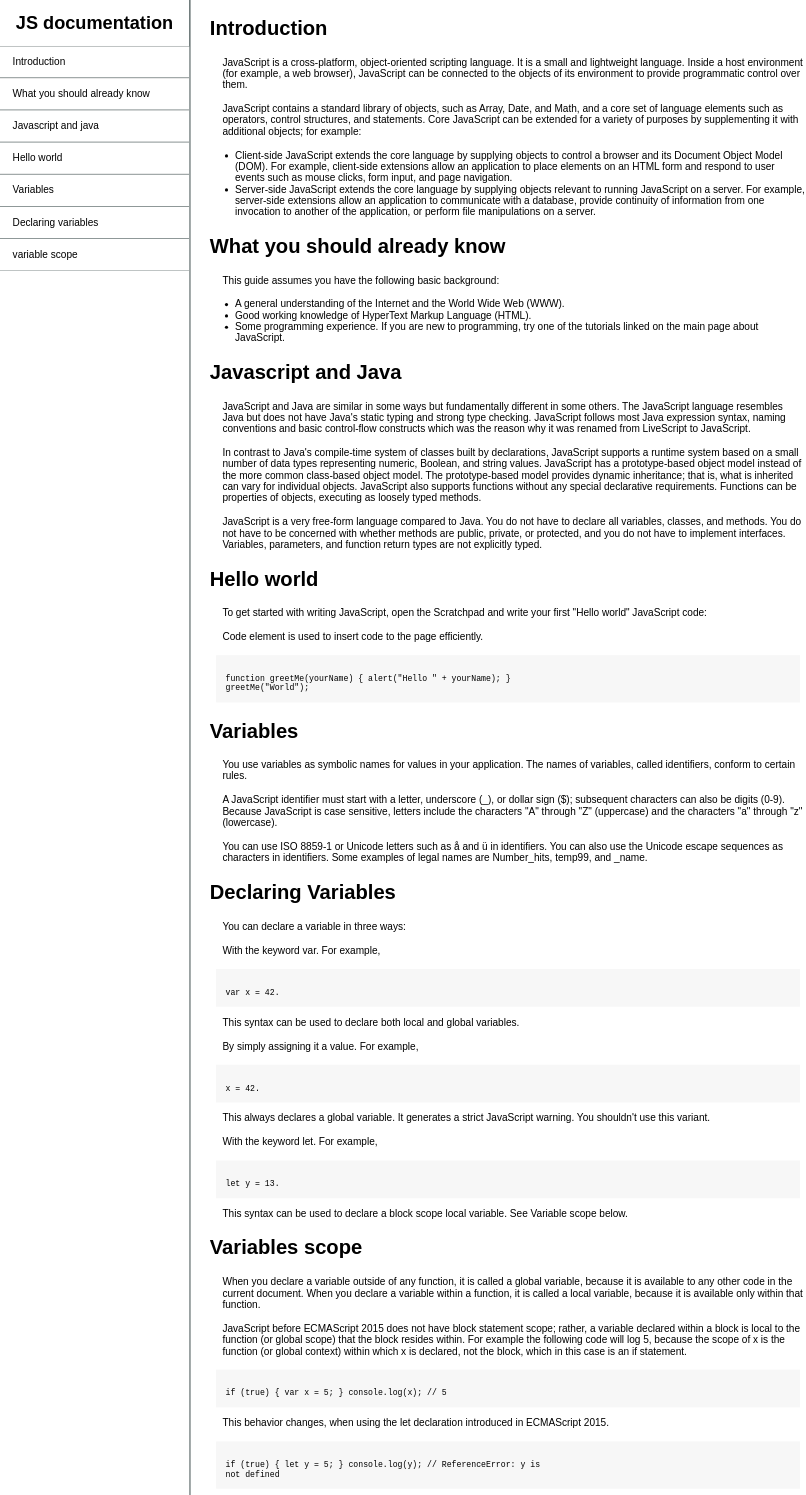
Repository: Pafestivo/Technical-documentation
Page: index.html
The author's editor kept a copy of each file at every save. The page is drawn from the files as they stood at one save, then again after the next save.
The browser window is 1280 px wide. The pictures show the whole page, at 63% of full size.

Above is the page before, as saved 2022-09-07 14:07:47.

### index.html
<!DOCTYPE html>
<html lang="en">
<head>
    <meta charset="UTF-8">
    <meta name="viewport" content="width=device-width, initial-scale=1.0">
    <link rel="stylesheet" href="styles.css">
    <title>Technical Documentation Page</title>
</head>
<body>
  <nav id="navbar">
    <header>
      <h1>JS documentation</h1>
    </header>
    <ul>
      <li><a id="nav-link" href="#introduction">Introduction</a></li>
      <li><a id="nav-link" href="#what_you_should_already_know">What you should already know</a></li>
      <li><a id="nav-link" href="#javascript_and_Java">Javascript and java</a></li>
      <li><a id="nav-link" href="#hello_world">Hello world</a></li>
      <li><a id="nav-link" href="#variables">Variables</a></li>
      <li><a id="nav-link" href="#declaring_variables">Declaring variables</a></li>
      <li><a id="nav-link" href="#variable_scope">variable scope</a></li>
    </ul>
  </nav>
  <main id="main-doc">
    <section id="introduction" class="main-section">
      <h1>Introduction</h1>

      <p>JavaScript is a cross-platform, object-oriented scripting language. It is a small and lightweight language. Inside a host environment (for example, a web browser), JavaScript can be connected to the objects of its environment to provide programmatic control over them.</p>

      <p>JavaScript contains a standard library of objects, such as Array, Date, and Math, and a core set of language elements such as operators, control structures, and statements. Core JavaScript can be extended for a variety of purposes by supplementing it with additional objects; for example:</p>

      <ul>
        <li>Client-side JavaScript extends the core language by supplying objects to control a browser and its Document Object Model (DOM). For example, client-side extensions allow an application to place elements on an HTML form and respond to user events such as mouse clicks, form input, and page navigation.</li>
        <li>Server-side JavaScript extends the core language by supplying objects relevant to running JavaScript on a server. For example, server-side extensions allow an application to communicate with a database, provide continuity of information from one invocation to another of the application, or perform file manipulations on a server.</li>
      </ul>
    </section>

    <section id="what_you_should_already_know" class="main-section">
        <h1>What you should already know</h1>

        <p>This guide assumes you have the following basic background:</p>

        <ul>
          <li>A general understanding of the Internet and the World Wide Web (WWW).</li>
          <li>Good working knowledge of HyperText Markup Language (HTML).</li>
          <li>Some programming experience. If you are new to programming, try one of the tutorials linked on the main page about JavaScript.</li>
        </ul>
      </section>

      <section id="javascript_and_Java" class="main-section">
        <h1>Javascript and Java</h1>

        <p>JavaScript and Java are similar in some ways but fundamentally different in some others. The JavaScript language resembles Java but does not have Java's static typing and strong type checking. JavaScript follows most Java expression syntax, naming conventions and basic control-flow constructs which was the reason why it was renamed from LiveScript to JavaScript.</p>

        <p>In contrast to Java's compile-time system of classes built by declarations, JavaScript supports a runtime system based on a small number of data types representing numeric, Boolean, and string values. JavaScript has a prototype-based object model instead of the more common class-based object model. The prototype-based model provides dynamic inheritance; that is, what is inherited can vary for individual objects. JavaScript also supports functions without any special declarative requirements. Functions can be properties of objects, executing as loosely typed methods.</p>

        <p>JavaScript is a very free-form language compared to Java. You do not have to declare all variables, classes, and methods. You do not have to be concerned with whether methods are public, private, or protected, and you do not have to implement interfaces. Variables, parameters, and function return types are not explicitly typed.</p>
      </section>

      <section id="hello_world" class="main-section">
        <h1>Hello world</h1>
        <p>To get started with writing JavaScript, open the Scratchpad and write your first "Hello world" JavaScript code:</p>

        <p>Code element is used to insert code to the page efficiently.</p>
        <code>
            function greetMe(yourName) { alert("Hello " + yourName); }
            greetMe("World");
        </code>
      </section>

      <section id="variables" class="main-section">
        <h1>Variables</h1>

        <p>You use variables as symbolic names for values in your application. The names of variables, called identifiers, conform to certain rules.</p>

        <p>A JavaScript identifier must start with a letter, underscore (_), or dollar sign ($); subsequent characters can also be digits (0-9). Because JavaScript is case sensitive, letters include the characters "A" through "Z" (uppercase) and the characters "a" through "z" (lowercase).</p>

        <p>You can use ISO 8859-1 or Unicode letters such as å and ü in identifiers. You can also use the Unicode escape sequences as characters in identifiers. Some examples of legal names are Number_hits, temp99, and _name.</p>
      </section>

      <section id="declaring_variables" class="main-section">
        <h1>Declaring Variables</h1>

        <p>You can declare a variable in three ways:</p>

        <p>With the keyword var. For example,</p>
        <code>
            var x = 42.
        </code>

        <p>This syntax can be used to declare both local and global variables.</p>

        <p>By simply assigning it a value. For example,</p>
        <code>
            x = 42.
        </code>

        <p>This always declares a global variable. It generates a strict JavaScript warning. You shouldn't use this variant.</p>

        <p>With the keyword let. For example,</p>
        <code>
            let y = 13.
        </code>

        <p>This syntax can be used to declare a block scope local variable. See Variable scope below.</p>
      </section>

      <section id="variable_scope" class="main-section">
        <h1>Variables scope</h1>

        <p>When you declare a variable outside of any function, it is called a global variable, because it is available to any other code in the current document. When you declare a variable within a function, it is called a local variable, because it is available only within that function.</p>

        <p>JavaScript before ECMAScript 2015 does not have block statement scope; rather, a variable declared within a block is local to the function (or global scope) that the block resides within. For example the following code will log 5, because the scope of x is the function (or global context) within which x is declared, not the block, which in this case is an if statement.</p>
        <code>
            if (true) { var x = 5; } console.log(x); // 5
        </code>

        <p>This behavior changes, when using the let declaration introduced in ECMAScript 2015.</p>
        <code>
            if (true) { let y = 5; } console.log(y); // ReferenceError: y is
not defined
        </code>
  </main>

</body>
</html>

### styles.css
html {
  box-sizing: border-box;
  scroll-behavior: smooth;
}

body {
  font-family: sans-serif;
  display: flex;
  padding: 0;
  margin: 0;
  min-width: 290px;
}

/* Navigation bar  */
#navbar {
  border-right: solid;
  border-color: rgba(0, 22, 22, 0.4);
  min-width: 300px;
}

#navbar header {
  margin: -1px;
}

#navbar header h1{
  margin: 0;
  padding: 20px;
  font-size: 1.8rem;
  border: 1px solid rgba(0, 22, 22, 0.4);
  text-align: center;
}

#navbar ul {
  list-style: none;
  height: 90%;
  margin: 0;
  padding: 0;
  overflow-y: auto;
  overflow-x: hidden;
}

#navbar ul li {
  margin: -1px;
}

#navbar ul a {
  /* used flex to align the text vertically. */
  display: flex;
  align-items: center;
  text-decoration: none;
  color: #000;
  height: 50px;
  padding-left: 20px;
  border: 1px solid rgba(0, 22, 22, 0.4);
}

#navbar ul a:hover {
  transform: scale(1.01);
  border-color: transparent;
}
/* Navigation bar end  */

/* Main area */
#main-doc {
  margin-left: 30px;
}

#main-doc h1 {
  font-size: 2rem;
}

p {
  margin-bottom: 20px;
  margin-left: 20px;
}

code {
  display: block;
  background-color: #f7f7f7;
  white-space: pre-line;
  padding: 15px;
  margin: 10px;
}
/* Main area end */

After the next save:
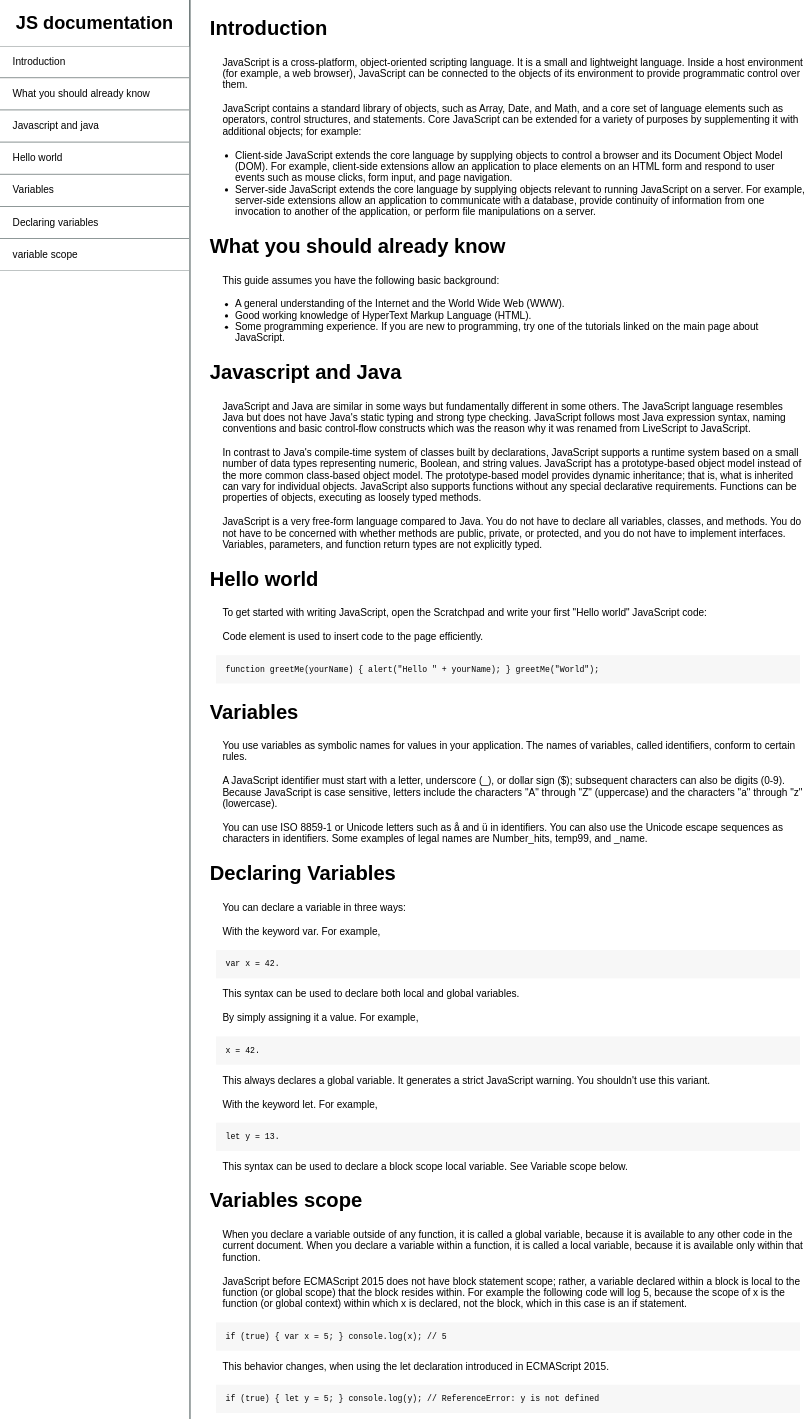
Saved 5 s later.
--- a/styles.css
+++ b/styles.css
@@ -77,7 +77,6 @@ p {
 code {
   display: block;
   background-color: #f7f7f7;
-  white-space: pre-line;
   padding: 15px;
   margin: 10px;
 }
